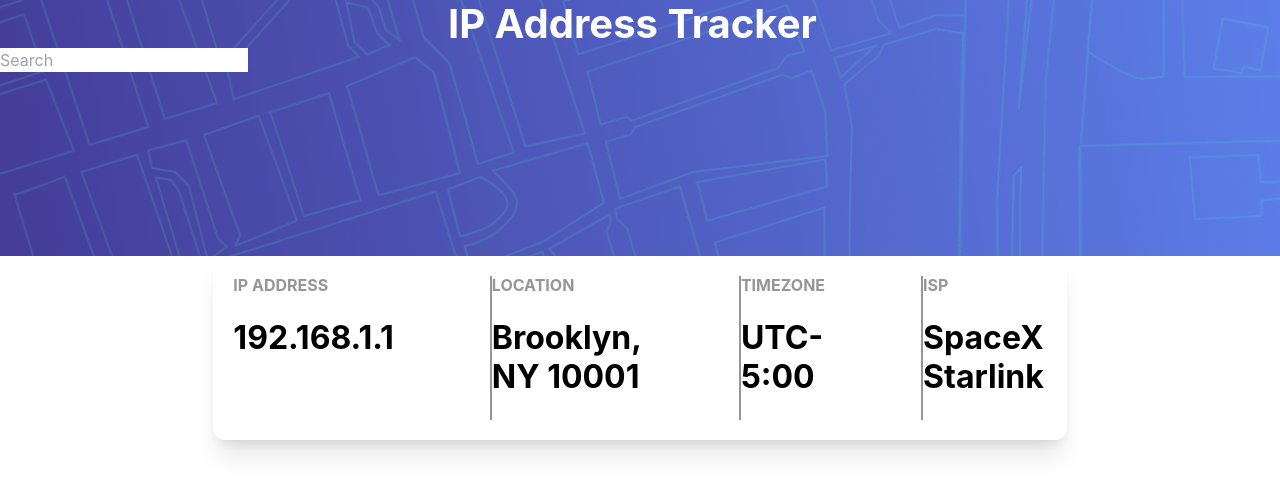
Repository: Dealsy/IP-Tracker
Page: /
An editor plug-in stored every save of this project. The page is shown before and after the next save, followed by the edit.
The browser window is 1280 px wide. The pictures show the whole page.
The project was rebuilt for these pictures with package versions that can differ from the ones it lists, and the page was loaded fresh each time. The framework's server and built-in components were replaced by stand-ins that run in the browser. Also part of the build but not shown: next.config.js.

Above is the page before, as saved 2022-04-21 21:55:36.

### pages/index.js
import Head from "next/head";

export default function Home() {
  return (
    <div>
      <Head>
        <title>Create Next App</title>
        <meta name="description" content="Generated by create next app" />
        <link rel="icon" href="/favicon.ico" />
      </Head>

      <main>
        <div className="bg-Backdrop h-64 bg-no-repeat	 bg-cover">
          <h1 className="text-white w-96 m-auto">IP Address Tracker</h1>
          <input className="m-auto" type="search" placeholder="Search" />
        </div>

        <div className="flex flex-row justify-evenly border-0 shadow-xl w-4/6 m-auto rounded-xl p-5">
          <div className=" border-r-2 border-Gray pr-24">
            <h3>IP ADDRESS</h3>
            <h2> 192.168.1.1 </h2>
          </div>
          <div className=" border-r-2 border-Gray pr-24">
            <h3> LOCATION </h3>
            <h2> Brooklyn, NY 10001 </h2>
          </div>
          <div className=" border-r-2 border-Gray pr-24">
            <h3>TIMEZONE</h3>
            <h2> UTC-5:00 </h2>
          </div>
          <div>
            <h3>ISP</h3>
            <h2>SpaceX Starlink</h2>
          </div>
        </div>
      </main>

      <footer></footer>
    </div>
  );
}

### styles/globals.css
@tailwind base;
@tailwind components;
@tailwind utilities;


h1 {
  font-size: 2.5rem;
  font-weight: 700;
  line-height: 1.2;
  margin-bottom: 1.5rem;
}

h2 {
  font-size: 2rem;
  font-weight: 700;
  line-height: 1.2;
  margin-bottom: 1.5rem;
}

h3 {
  font-size: 1rem;
  font-weight: 700;
  line-height: 1.2;
  margin-bottom: 1.5rem;
  color: #969696;
}


html,
body {
  padding: 0;
  margin: 0;
  font-family: -apple-system, BlinkMacSystemFont, Segoe UI, Roboto, Oxygen,
    Ubuntu, Cantarell, Fira Sans, Droid Sans, Helvetica Neue, sans-serif;
}

a {
  color: inherit;
  text-decoration: none;
}

* {
  box-sizing: border-box;
}

### tailwind.config.js
module.exports = {
  content: [
    "./pages/**/*.{js,ts,jsx,tsx}",
    "./components/**/*.{js,ts,jsx,tsx}",
  ],
  theme: {
    extend: {
      colors: {
        "Dark-Gray": "#2b2b2b",
        Gray: "#969696",
      },
      backgroundImage: {
        Backdrop: "url('../images/pattern-bg.png')",
      },
    },
  },
  plugins: [],
};

Loaded but not shown: pages/_app.js (common file)

After the next save:
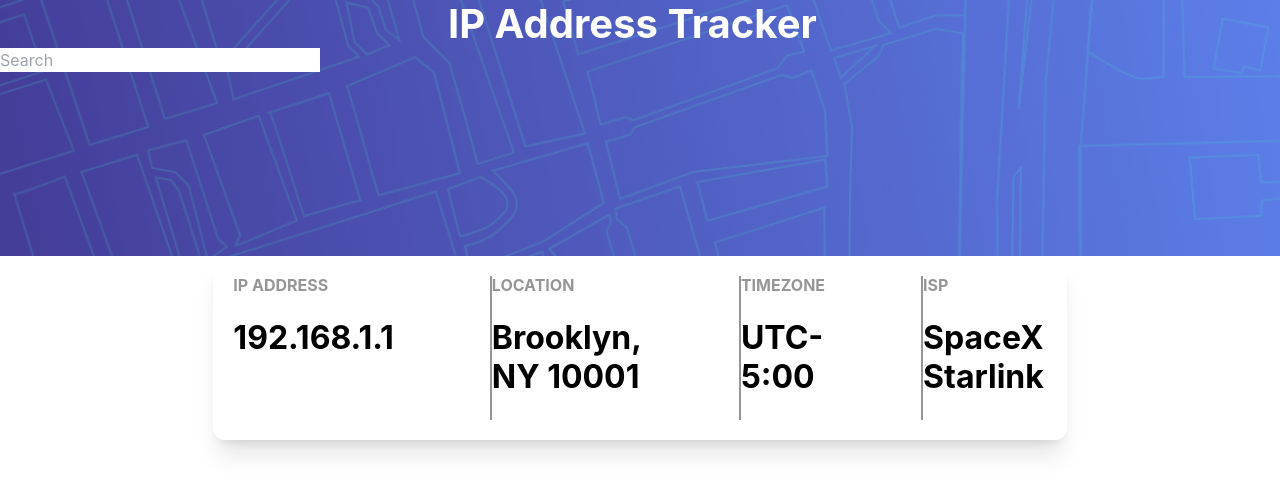
Saved 8 s later.
--- a/pages/index.js
+++ b/pages/index.js
@@ -12,7 +12,7 @@ export default function Home() {
       <main>
         <div className="bg-Backdrop h-64 bg-no-repeat	 bg-cover">
           <h1 className="text-white w-96 m-auto">IP Address Tracker</h1>
-          <input className="m-auto" type="search" placeholder="Search" />
+          <input className="m-auto w-80" type="search" placeholder="Search" />
         </div>
 
         <div className="flex flex-row justify-evenly border-0 shadow-xl w-4/6 m-auto rounded-xl p-5">
